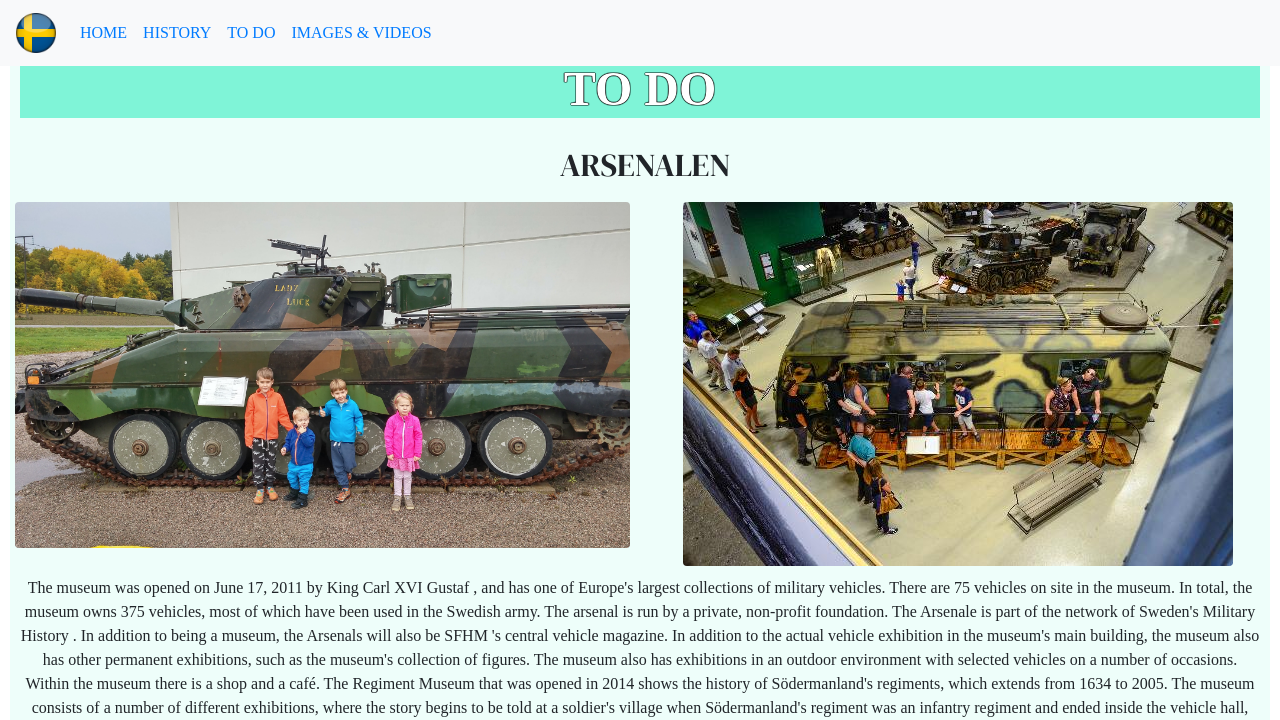
Repository: kososwede/first-project
Page: places.html
The author's editor kept a record of every edit. The page is drawn from the files as they stood at one moment, then again after the next edit.
The browser window is 1280 px wide. The pictures show the whole page.
An inner scrolling area shows only its first screen. Some web fonts or font styles are not loaded; a fallback is used.

Above is the page before.

After the next edit:
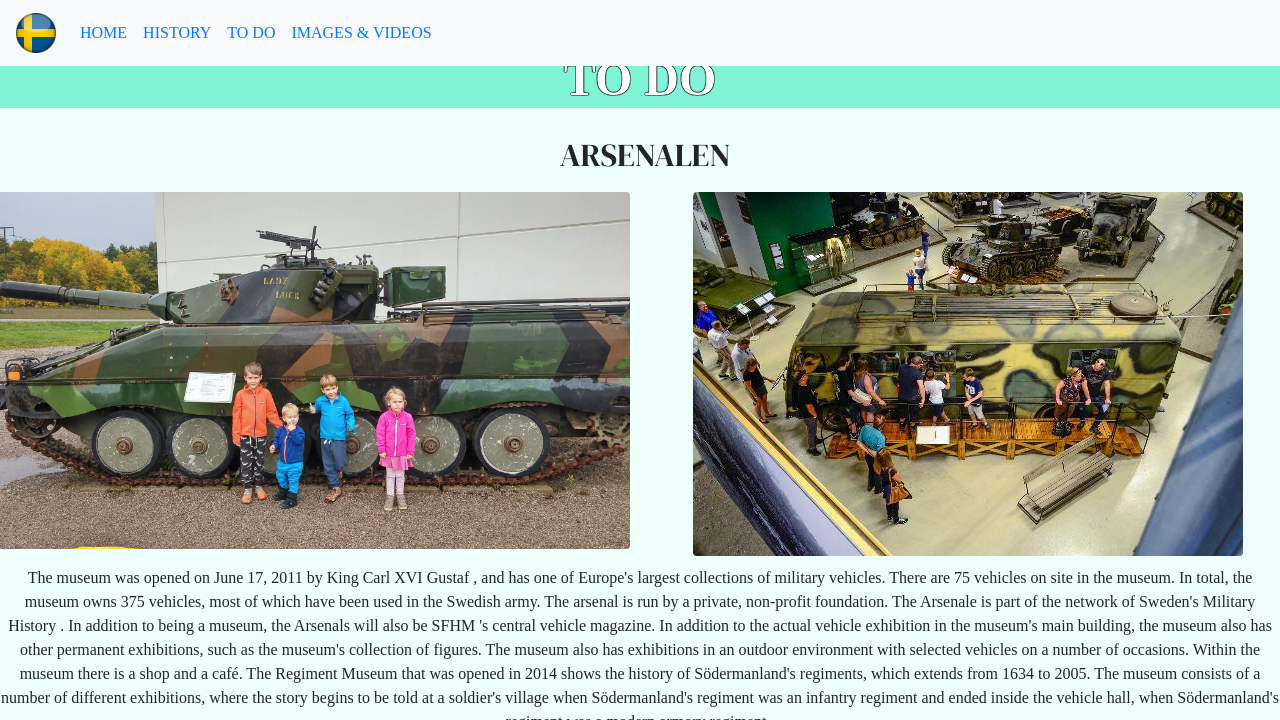
The edit:
--- a/assets/css/style.css
+++ b/assets/css/style.css
@@ -75,9 +75,9 @@
 
 
 #container {
-    padding: 10px;
-    margin-left: 10px;
-    margin-right: 10px;
+    padding: 0px;
+    margin-left: 0px;
+    margin-right: 0px;
     display: inline-block;
     text-align: center;
     background-color: #EEFEFA;
